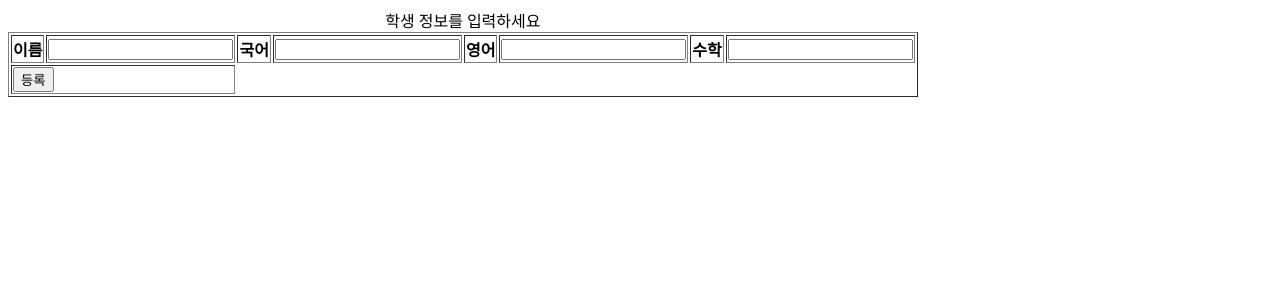
Repository: Heo-sh/Web_Development
Page: http://localhost/Ex_0417_sungjuk/sung_register.jsp
The author's editor kept a copy of each file at every save. The page is drawn from the files as they stood at one save, then again after the next save.
The browser window is 1280 px wide. The pictures show the whole page.
The page is served by Tomcat 9.

Above is the page before, as saved 2023-04-17 07:51:14.

After the next save:
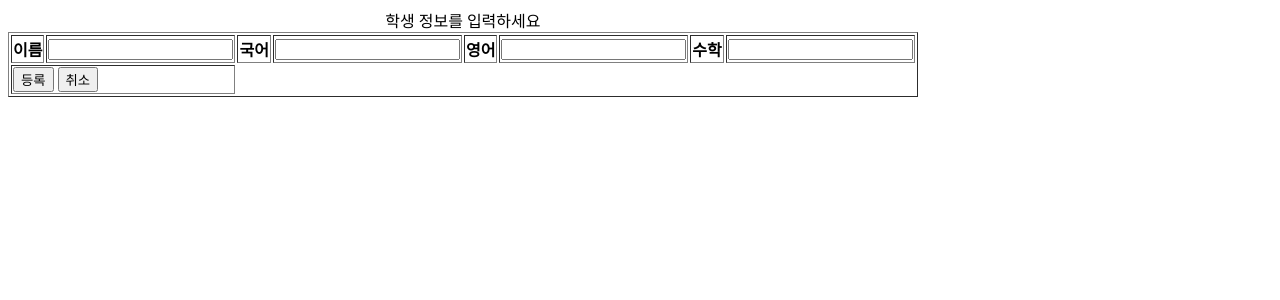
Saved 13 s later.
--- a/Ex_0417_sungjuk/WebContent/sung_register.jsp
+++ b/Ex_0417_sungjuk/WebContent/sung_register.jsp
@@ -43,6 +43,11 @@
 							value="등록"
 							onclick="send(this.form)"
 						>
+						<input
+							type="button"
+							value="취소"
+							onclick="send(this.form)"
+						>
 					</td>
 				</tr>
 			</table>
